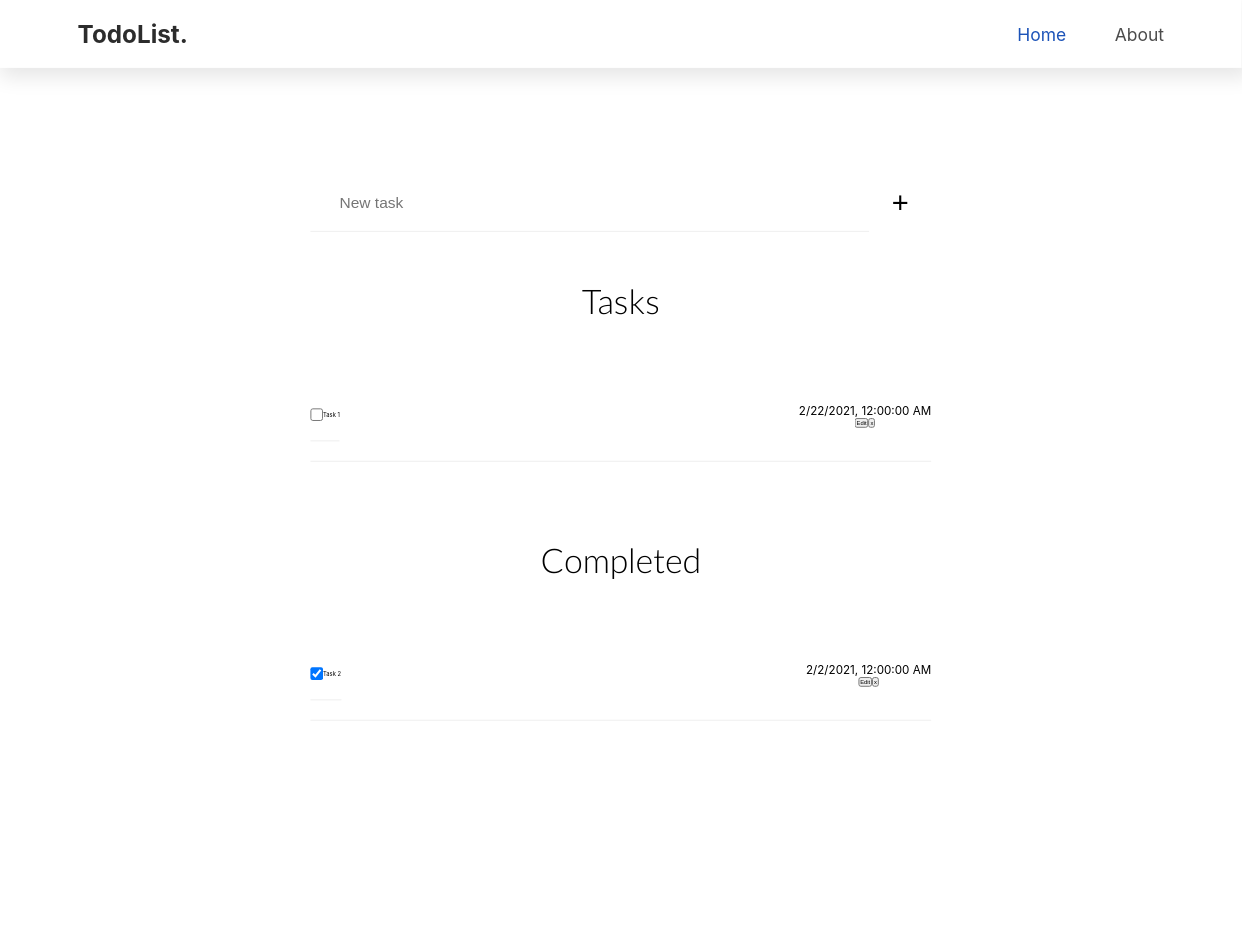
Repository: dqhuy153/react-todoList
Page: /
An editor plug-in stored every save of this project. The page is shown before and after the next save, followed by the edit.
The browser window is 1280 px wide. The pictures show the whole page, at 97% of full size.
The project was rebuilt for these pictures with package versions that can differ from the ones it lists, and the page was loaded fresh each time. Also part of the build but not shown: src/components/UI/LoadingSpinner.module.scss.

Above is the page before, as saved 2021-09-16 22:16:00.

### src/App.js
import React, { Suspense } from 'react';
import { Switch, Route } from 'react-router-dom';

import './App.css';
import Layout from './components/layout/Layout';
import LoadingSpinner from './components/UI/LoadingSpinner';

const Home = React.lazy(() => import('./components/pages/Home'));
const About = React.lazy(() => import('./components/pages/About'));

function App() {
  return (
    <Layout>
      <Suspense
        fallback={
          <div className="centered">
            <LoadingSpinner />
          </div>
        }
      >
        <Switch>
          <Route path="/" exact>
            <Home />
          </Route>
          <Route path="/about">
            <About />
          </Route>
          {/* <Route path="/products" exact>
          <Products />
        </Route>
        <Route path="/products/:productId">
          <ProductDetail />
        </Route> */}
        </Switch>
      </Suspense>
    </Layout>
  );
}

export default App;

### src/App.css
@import url('https://fonts.googleapis.com/css2?family=Lato:ital,wght@0,100;0,300;0,400;0,700;0,900;1,100;1,300;1,400;1,700;1,900&display=swap');

* {
  box-sizing: border-box;
  font-size: 62.5%;
  padding: 0;
  margin: 0;
}

.centered {
  margin: 3rem auto;
  text-align: center;
  display: flex;
  justify-content: center;
  align-items: center;
}

### src/components/layout/Layout.js
import React, { Fragment } from 'react';
import AppNavigation from './AppNavigation';

import styles from './Layout.module.scss';

export default function Layout(props) {
  return (
    <Fragment>
      <AppNavigation logoTitle="TodoList." />
      <main className={styles.main}>{props.children}</main>
    </Fragment>
  );
}

### src/components/UI/LoadingSpinner.js
import styles from './LoadingSpinner.module.scss';

const LoadingSpinner = () => {
  return <div className={styles.spinner}></div>;
};

export default LoadingSpinner;

### src/components/pages/Home.js
import { useState } from 'react';
import TodoList from '../todos/TodoList';

import styles from './Home.module.scss';

const initTodoList = [
  {
    id: 1,
    title: 'Task 1',
    date: new Date('2/22/2021'),
    completed: false,
  },
  {
    id: 2,
    title: 'Task 2',
    date: new Date('2/2/2021'),
    completed: true,
  },
];

export default function Home(props) {
  const [todoList, setTodoList] = useState(initTodoList);
  const [newTask, setNewTask] = useState();

  const handleStatusChange = (id) => {
    let updatedTodoList = todoList.map((todo) => {
      if (todo.id === id) {
        todo.completed = !todo.completed;
      }
      return todo;
    });

    setTodoList(updatedTodoList);
  };

  const handleNewTaskChange = (e) => {
    setNewTask(e.target.value);
  };

  const handleAddNew = () => {
    setTodoList((prev) => [
      ...prev,
      {
        id: Math.random(),
        title: newTask,
        date: new Date(),
        completed: false,
      },
    ]);

    setNewTask('');
  };

  return (
    <div className={styles.container}>
      <div className={styles.add}>
        <input
          placeholder="New task"
          value={newTask}
          onChange={handleNewTaskChange}
        />
        <button onClick={handleAddNew}>+</button>
      </div>
      <h1>Tasks</h1>
      <TodoList
        items={todoList.filter((i) => i.completed === false)}
        onStatusChange={handleStatusChange}
      />
      <h1 className={styles['completed-title']}>Completed</h1>
      <TodoList
        items={todoList.filter((i) => i.completed === true)}
        onStatusChange={handleStatusChange}
      />
    </div>
  );
}

### src/components/layout/AppNavigation.js
import React from 'react';
import { NavLink } from 'react-router-dom';

import styles from './AppNavigation.module.scss';

export default function AppNavigation({ logoTitle = 'Demo.', ...props }) {
  return (
    <header className={styles.header}>
      <div className={styles.logo}>{logoTitle}</div>
      <nav>
        <ul>
          <li>
            <NavLink to="/" exact activeClassName={styles.active}>
              Home
            </NavLink>
          </li>
          <li>
            <NavLink to="/about" activeClassName={styles.active}>
              About
            </NavLink>
          </li>
        </ul>
      </nav>
    </header>
  );
}

### src/components/todos/TodoList.js
import React from 'react';
import TodoItem from './TodoItem';

import styles from './TodoList.module.scss';

export default function TodoList({ items, onStatusChange, ...props }) {
  return (
    <ul className={styles.container}>
      {items.map((item) => (
        <li key={item.id}>
          <TodoItem
            id={item.id}
            title={item.title}
            date={item.date}
            completed={item.completed}
            onStatusChange={onStatusChange}
          />
        </li>
      ))}
    </ul>
  );
}

### src/components/pages/Home.module.scss
.container {
  padding: 18rem 0;

  h1 {
    text-align: center;
    font-family: 'Lato', sans-serif;
    font-weight: 300;
    font-size: 3.5rem;
  }

  .completed-title {
    margin-top: 8rem;
  }

  .add {
    text-align: center;
    margin-bottom: 5rem;
    display: flex;
    align-items: center;
    justify-content: center;

    input {
      border: none;
      border-bottom: 1px solid #eee;
      font-size: 1.6rem;
      width: 45%;
      padding: 2rem 3rem;
      outline: none;
    }

    button {
      width: 5%;
      background: none;
      border: none;
      font-size: 3rem;
      font-weight: 100;
      cursor: pointer;
    }
  }
}

### src/components/layout/AppNavigation.module.scss
.header {
  width: 100%;
  height: 7rem;
  display: flex;
  align-items: center;
  justify-content: space-between;
  background-color: #ffffff;
  padding: 0 8rem;
  box-shadow: 5px 5px 20px 5px rgba(0, 0, 0, 0.1);
  position: fixed;
}

.logo {
  font-size: 2.5rem;
  color: rgb(44, 44, 44);
  font-weight: bold;
}

.header ul {
  list-style: none;
  margin: 0;
  padding: 0;
  display: flex;
  align-items: baseline;
}

.header li {
  margin-left: 5rem;
}

.header a {
  text-decoration: none;
  font-size: 1.8rem;
  color: #4b4b4b;
}

.header a:hover,
.header a:active,
.header a.active {
  color: rgb(28, 83, 184);
}

### src/components/todos/TodoItem.js
import styles from './TodoItem.module.scss';

export default function TodoItem({
  id,
  title,
  date,
  completed,
  onStatusChange,
  ...props
}) {
  return (
    <div className={`${styles.container} ${styles.flex}`}>
      <div className={`${styles.container} ${styles.flex}`}>
        <input
          type="checkbox"
          checked={completed}
          onChange={() => onStatusChange(id)}
        />
        <p>{title}</p>
      </div>
      <div>
        <p className={styles.date}>{date.toLocaleString()}</p>
        <div>
          <button>Edit</button>
          <button>x</button>
        </div>
      </div>
    </div>
  );
}

### src/components/todos/TodoList.module.scss
.container {
  text-align: center;
  width: 50%;
  margin: 5rem auto;
  list-style: none;
}

### src/components/todos/TodoItem.module.scss
.container {
  padding: 2rem 0;
  border-bottom: 1px solid #eee;
}

.task {
  p {
    padding-left: 2rem;
    font-size: 1.5rem;
  }
}

.date {
  font-size: 1.2rem;
}

.flex {
  display: flex;
  align-items: center;
  justify-content: space-between;
}

Loaded but not shown: public/index.html (common file); src/index.js (common file); src/index.css (common file); src/reportWebVitals.js (common file); src/components/layout/Layout.module.scss (no stored copy; drawn as an empty file)

After the next save:
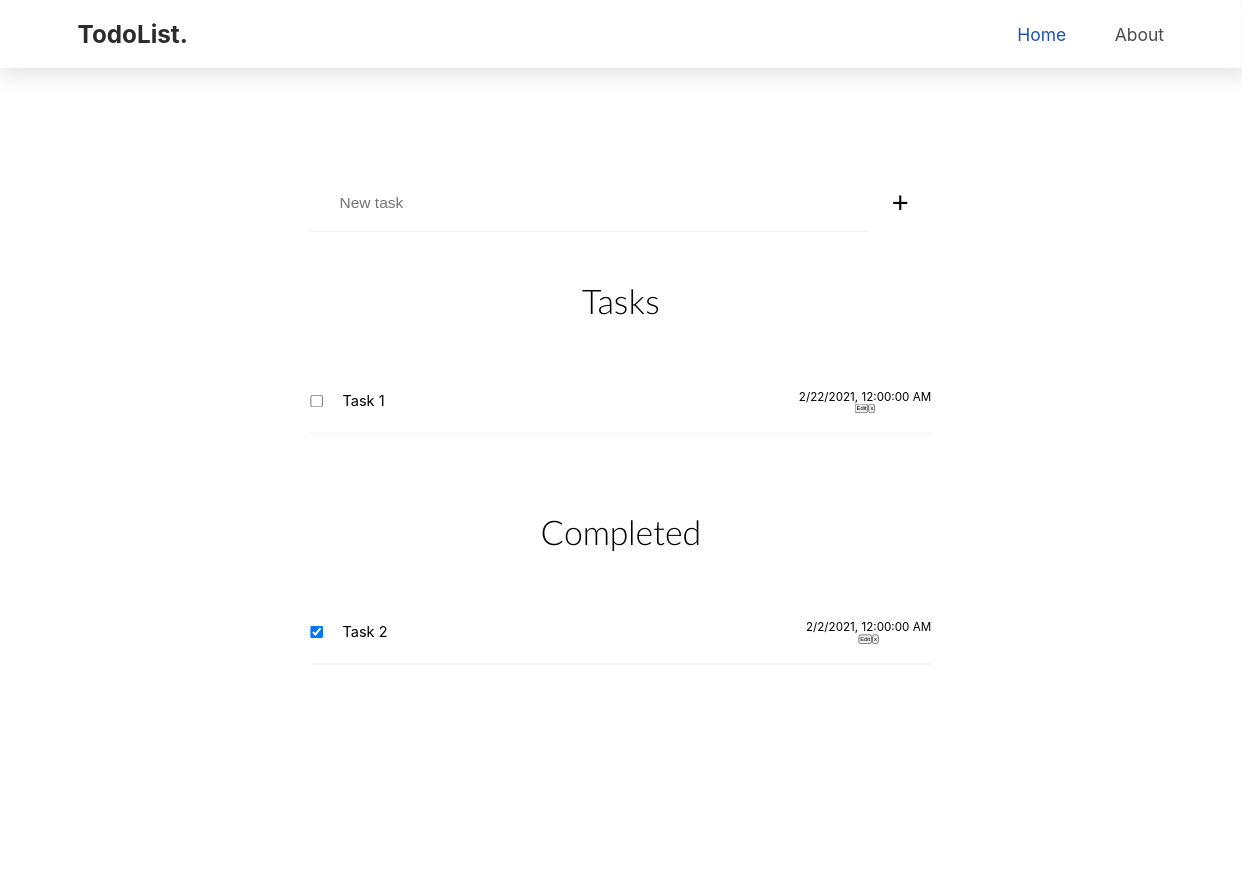
Saved 5 s later.
--- a/src/components/todos/TodoItem.js
+++ b/src/components/todos/TodoItem.js
@@ -10,7 +10,7 @@ export default function TodoItem({
 }) {
   return (
     <div className={`${styles.container} ${styles.flex}`}>
-      <div className={`${styles.container} ${styles.flex}`}>
+      <div className={`${styles.task} ${styles.flex}`}>
         <input
           type="checkbox"
           checked={completed}
